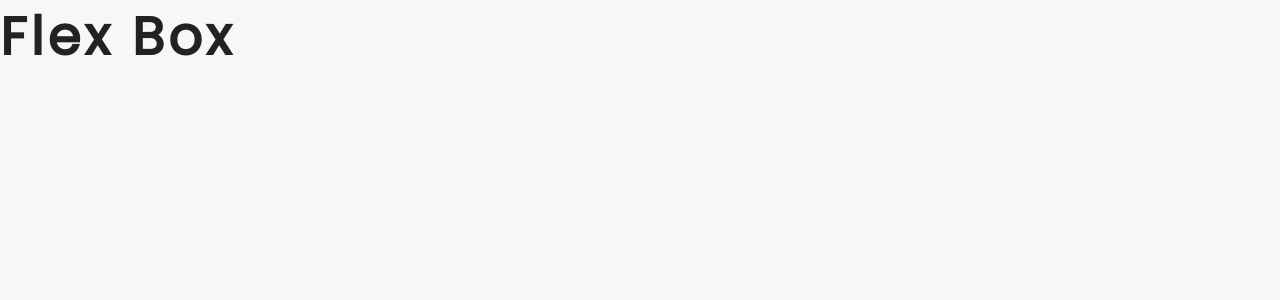
Repository: Ndifoinhilary/flexbox-project
Page: index.html
An editor plug-in stored every save of this project. The page is shown before and after the next save, followed by the edit.
The browser window is 1280 px wide. The pictures show the whole page.

Above is the page before, as saved 2024-01-18 13:45:21.

After the next save:
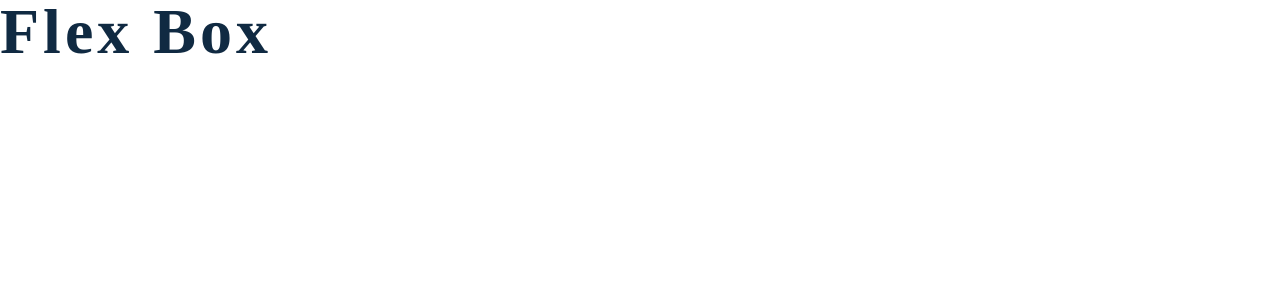
Saved 4 min 25 s later.
--- a/index.html
+++ b/index.html
@@ -10,9 +10,10 @@
     <!-- font-awesome -->
     <link rel="stylesheet" href="fontawesome-free-5.9.0-web/css/all.min.css" />
     <!-- styles css -->
-    <link rel="stylesheet" href="./css/styles.css" />
+    <link rel="stylesheet" href="./css/main.css" />
   </head>
   <body>
     <h1>Flex Box</h1>
+    <!-- hero section  -->
   </body>
 </html>
